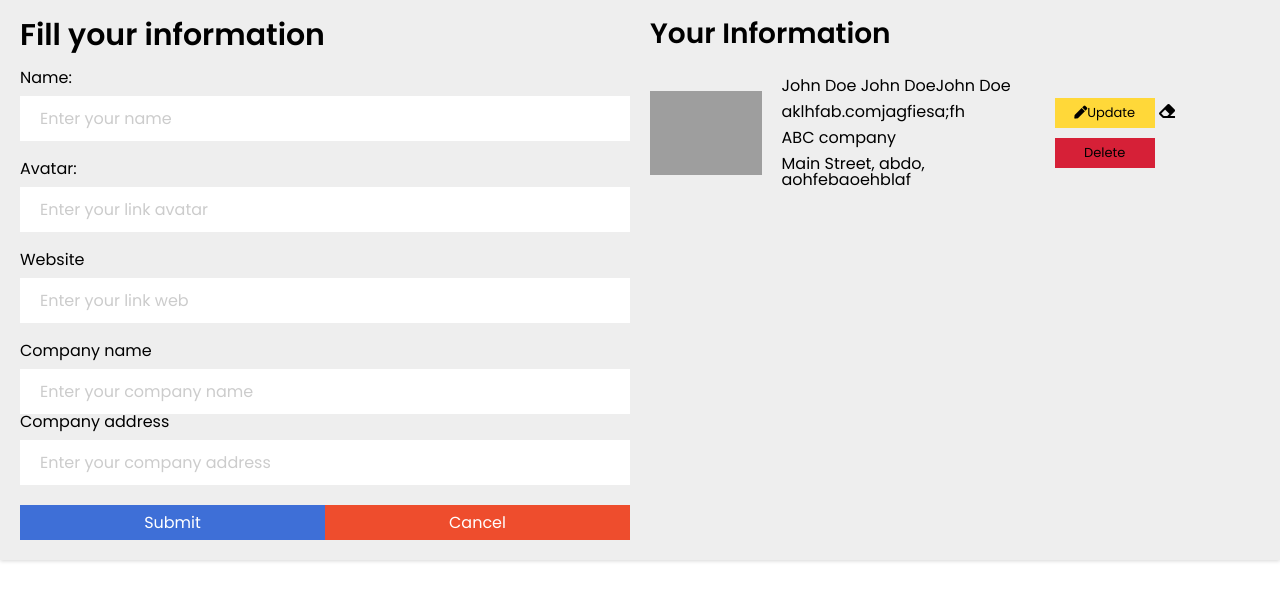
Repository: nttthao9/management
Page: index.html
These files come from the project's save history. The page is drawn as it stood at one moment and after the next save; the edit follows.
The browser window is 1280 px wide. The pictures show the whole page.
Pictures or frames that could not be fetched are drawn as grey boxes. Some web libraries are served in a nearby version.

Above is the page before, as saved 2021-10-13 11:42:16.

### index.html
<!DOCTYPE html>
<html lang="en">

<head>
  <meta charset="UTF-8">
  <meta http-equiv="X-UA-Compatible" content="IE=edge">
  <meta name="viewport" content="width=device-width, initial-scale=1.0">
  <title>Promise</title>
  <link rel="preconnect" href="https://fonts.googleapis.com">
  <link rel="preconnect" href="https://fonts.gstatic.com" crossorigin>
  <link href="https://fonts.googleapis.com/css2?family=Poppins:wght@300;400;500;600&display=swap" rel="stylesheet">
  <link rel="stylesheet" href="https://cdnjs.cloudflare.com/ajax/libs/font-awesome/5.1.0-11/css/all.css"
    integrity="sha512-xO/VZFNBvip9IT+BD6Nq/pHdBvKeFcwygKqARlegjQ+5A68KsMSYrPbGP1oYow5ec9Tqq8peJXcn5J1bD4O00w=="
    crossorigin="anonymous" referrerpolicy="no-referrer" />
  <link rel="stylesheet" href="./.vscode/style.css">
</head>

<body>
  <div class="container">
    <div class="fill-infor">
      <form action="" id="form" autocomplete="off">
        <h2 class="form-title">Fill your information</h2>
        <div class="fill fill-name">
          <label for="name">Name:</label>
          <input type="text" id="name" name="name" autocomplete="off" placeholder="Enter your name">
        </div>
        <div class="fill fill-avatar">
          <label for="avatar">Avatar:</label>
          <input type="text" id="avatar" name="avatar" placeholder="Enter your link avatar">
        </div>
        <div class="fill fill-link">
          <label for="link-web">Website</label>
          <input type="link-web" id="link-web" name="link-web" placeholder="Enter your link web">
        </div>
        <div class="fill fill-company">
          <label for="company">Company name</label>
          <input type="text" id="company-name" name="company-name" placeholder="Enter your company name">
          <label for="company">Company address</label>
          <input type="text" id="company-address" name="company-address" placeholder="Enter your company address">
        </div>
        <div class="fill-btn">
          <button type="submit" class=" btn btn-submit">Submit</button>
          <button type="submit" class="btn btn-cancel">Cancel</button>
        </div>

      </form>
      <div class="manage">
        <h3 class="filled">Your Information</h3>
        <div class="manage-infor">
          <div class="infor-item">
            <div class="your-image">
              <img src="http://lorempixel.com/640/480/abstract/" alt="">
            </div>
            <div class="infor-desc">
              <span class="name">John Doe John DoeJohn Doe</span>
              <span class="name">aklhfab.comjagfiesa;fh</span>
              <span class="name">ABC company</span>
              <span class="name">Main Street, abdo, aohfebaoehblaf</span>
            </div>
            <div class="button">
              <button type="submit" class="btn btn-update">
                <i class="fas fa-pen"></i>Update</button>
              <i class="fas fa-eraser"></i>
              <button type="submit" class=" btn btn-delete">Delete</button>
            </div>
          </div>
        </div>
      </div>
    </div>
  </div>
  <script src="./main.js"></script>
</body>

</html>

### .vscode/style.css
html {
  box-sizing: border-box;
  font-size: 62.5%;
}
* {
  margin: 0;
  padding: 0;
}
*,
*:before,
*:after {
  box-sizing: border-box;
}
input,
textarea,
select,
button {
  outline: none;
}
input {
  line-height: normal;
}
label,
button {
  cursor: pointer;
}
a {
  text-decoration: none;
}
img {
  display: block;
  max-width: 100%;
}
body {
  font-family: 'Poppins', sans-serif;
  line-height: 1;
  font-size: 1.6rem;
}
.container {
  padding: 2rem;
  background-color: #eee;
  box-shadow: rgba(0, 0, 0, 0.16) 0px 1px 4px;
}
.btn {
  padding: 5px 1rem;
  border: 0;
  font-size: 1.3rem;
  font-family: 'Poppins', sans-serif;
  cursor: pointer;
  transition: all 0.25s linear;
  width: 10rem;
}
.btn:hover {
  color: #333;
}
.fill-infor {
  display: flex;
  justify-content: space-between;
}
.image {
  width: 50%;
}
img {
  width: 100%;
}
#form {
  width: 50%;
}
.form-title {
  font-size: 3rem;
  margin-bottom: 2rem;
}
.fill {
  margin-bottom: 2rem;
}
.fill-btn {
  display: flex;
  justify-content: space-between;
}
label,
input {
  display: block;
}
label {
  margin-bottom: 1rem;
}
input {
  width: 100%;
  padding: 1rem 2rem;
  border: 0;
  font-size: 1.6rem;
  font-family: 'Poppins', sans-serif;
  color: #333;
}
input::-webkit-input-placeholder {
  color: #ccc;
}
input::-moz-placeholder {
  color: #ccc;
}
input:-ms-input-placeholder {
  color: #ccc;
}
input::-ms-input-placeholder {
  color: #ccc;
}
input::placeholder {
  color: #ccc;
}
.btn-submit {
  width: 100%;
  font-size: 1.6rem;
  background-color: #3e6fd7;
  color: white;
}
.btn-cancel {
  font-size: 1.6rem;
  background-color: #ee4d2d;
  width: 100%;
  color: white;
}
.manage {
  width: 50%;
  margin-left: 2rem;
}
.infor-item {
  display: flex;
  /* justify-content: space-between; */
  align-items: center;
}
.infor-desc {
  margin: 0 2rem;
}
.infor-desc span {
  display: block;
  margin: 1rem 0;
}
.button {
  margin-left: auto;
}
.filled {
  font-size: 2.8rem;
  margin-bottom: 2rem;
}
.your-image {
  width: 20%;
  /* height: 5rem; */
}

.btn-update {
  background-color: #ffd839;
  margin-bottom: 1rem;
}
.btn-delete {
  background-color: #d62037;
}

Loaded but not shown: main.js (no stored copy; drawn as an empty file)

After the next save:
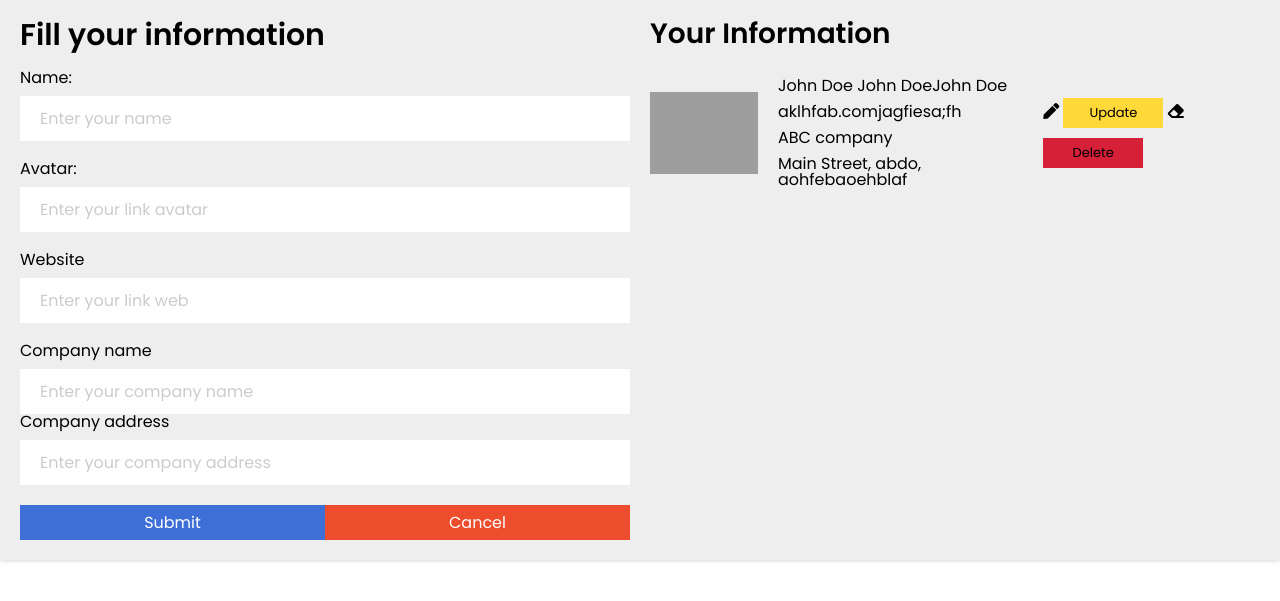
Saved 17 s later.
--- a/index.html
+++ b/index.html
@@ -58,8 +58,9 @@
               <span class="name">Main Street, abdo, aohfebaoehblaf</span>
             </div>
             <div class="button">
+              <i class="fas fa-pen"></i>
               <button type="submit" class="btn btn-update">
-                <i class="fas fa-pen"></i>Update</button>
+                Update</button>
               <i class="fas fa-eraser"></i>
               <button type="submit" class=" btn btn-delete">Delete</button>
             </div>
